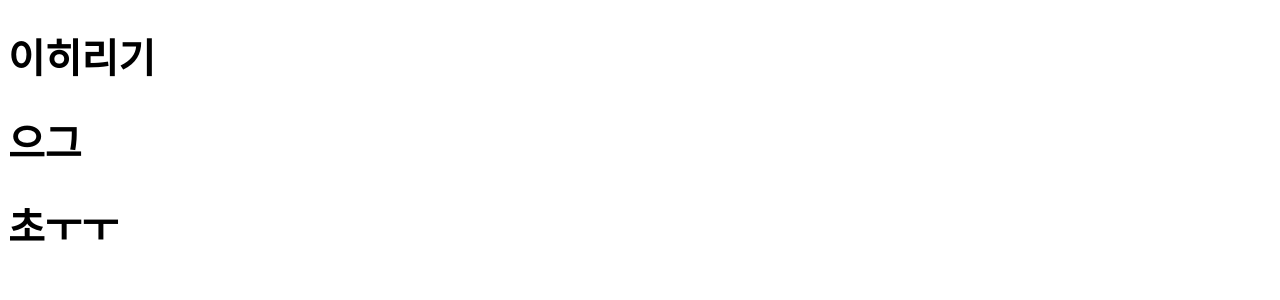
Repository: AgentHyun/FishDalle3
Page: Feb13_1_jQuery/WebContent/4_RepeatStmt.html
The author's editor kept a copy of each file at every save. The page is drawn from the files as they stood at one save, then again after the next save.
The browser window is 1280 px wide. The pictures show the whole page.

Above is the page before, as saved 2025-02-13 06:40:24.

### Feb13_1_jQuery/WebContent/4_RepeatStmt.html
<!DOCTYPE html>
<html>
<head>
<meta charset="UTF-8">
<title>Insert title here</title>
<script type = "text/javascript" src = "jQuery.js"></script>
<script type = "text/javascript">
$(function() {
	// javascript
	//  배열 : 대괄호 []
	//  객체 : 중괄호 {}

	let arr = [1, 56, 3, 86, 12];
	let obj = {menu : "초밥", price : 15000};

	// 배열 속에 객체
	// 이 형태로 DB에 있는 데이터를 표현한 것 : JSON

	let arrobj = [{
	 menu : "라면",
	 price : 4000,
	},
	{
		menu : "김밥",
		 price : 3000,


	},

	{
		menu : "돈까스",
		 price : 7000,


	}



	];

	//javaScript의 배열 대상 반복문

	// for(var i = 0;...)    :   인덱스 활용도가 높음
    // for(var key of arrobj) : 인덱스 존재 x, 객체의 순서대로 접근이 용이한 편


    // $.each(배열, 데이터 하나 만날때마다 호출할 콜백함수)
//      - 인덱스도 가지고 있고, 객체에 접근하기에도 용이함
  $.each(arrobj, function(i, lunch){
	alert(i + 1 + " ) " + lunch.menu + " : " + lunch.price);


  });


  // DOM객체 대상 반복문

  //$(선택자).each(DOM객체 하나 만날떄마다 호출할 콜백함수)



//h1 => 순서대로 글자의 크기가 10 / 20 / 30 pt가 되도록
  $("h1").each(function(i){

      $("h1").css("font-size", (i+1) * 10 + "pt");

  	 });

});





</script>

</head>
<body>
 <h1>이히리기</h1>
 <h1>으그</h1>
 <h1>초ㅜㅜ</h1>

</body>
</html>

Loaded but not shown: Feb13_1_jQuery/WebContent/jQuery.js (library)

After the next save:
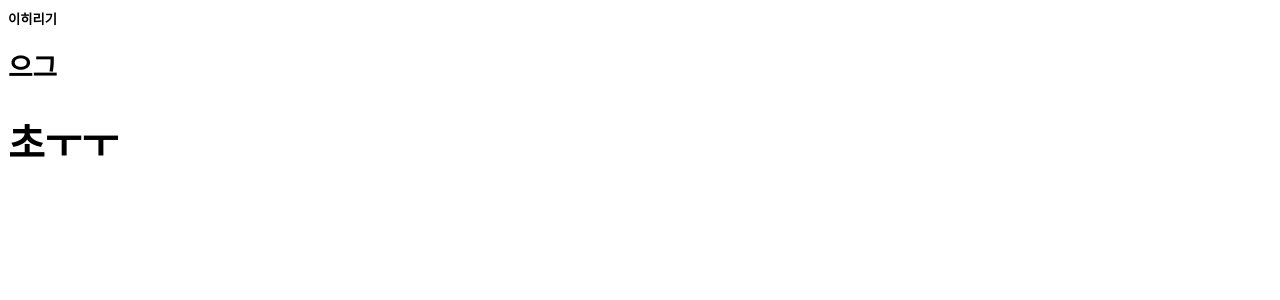
Saved 30 s later.
--- a/Feb13_1_jQuery/WebContent/4_RepeatStmt.html
+++ b/Feb13_1_jQuery/WebContent/4_RepeatStmt.html
@@ -60,9 +60,9 @@ $(function() {
 
 
 //h1 => 순서대로 글자의 크기가 10 / 20 / 30 pt가 되도록
-  $("h1").each(function(i){
+  $("h1").each(function(i, h){
 
-      $("h1").css("font-size", (i+1) * 10 + "pt");
+      $(h).css("font-size", (i+1) * 10 + "pt");
 
   	 });
 
